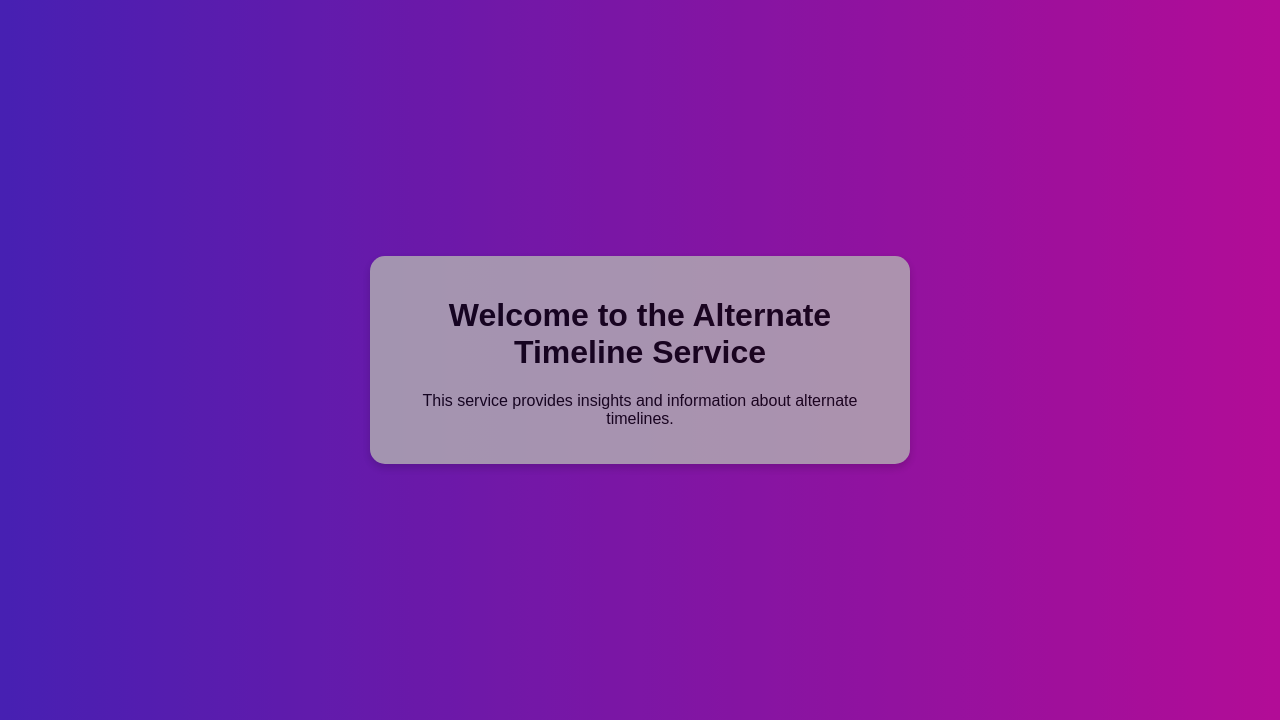
Repository: JovKun/DecisionCraft
Page: service/index.html
The author's editor kept a copy of each file at every save. The page is drawn from the files as they stood at one save, then again after the next save.
The browser window is 1280 px wide. The pictures show the whole page.

Above is the page before, as saved 2026-01-31 12:44:23.
Not found: service/script.js

### service/index.html
<!DOCTYPE html>
<html lang="en">
<head>
    <meta charset="UTF-8">
    <meta name="viewport" content="width=device-width, initial-scale=1.0">
    <title>Alternate Timeline</title>
    <link rel="stylesheet" href="style.css">
</head>
<body>
    <div id="timeline-container" class="container">
        <h1>Welcome to the Alternate Timeline Service</h1>
        <p>This service provides insights and information about alternate timelines.</p>
    </div>

    <script src="script.js"></script>
</body>
</html>

### service/style.css
/* style.css */
html {
    background: linear-gradient(to right, rgb(101, 45, 255), rgb(255, 17, 215));
    filter: brightness(0.7);
    height: 100%;
    margin: 0;
    font-family: Arial, sans-serif;
}

body {
    display: flex;
    justify-content: center;
    align-items: center;
    height: 100vh;
    margin: 0;
}

.container {
    background-color: white;
    border-radius: 15px;
    box-shadow: 0 4px 8px rgba(0, 0, 0, 0.2);
    padding: 20px;
    text-align: center;
    width: 500px;
    opacity: 0.8;
}

After the next save:
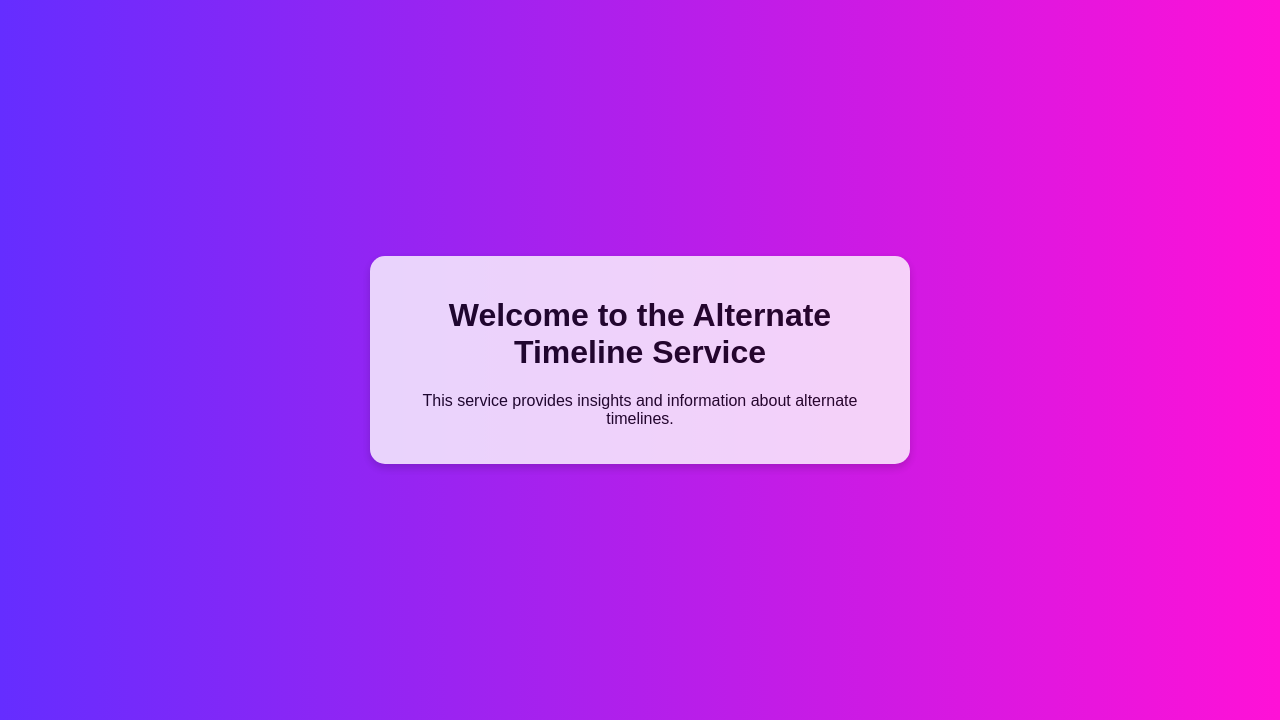
Saved 9 s later.
--- a/service/style.css
+++ b/service/style.css
@@ -1,7 +1,7 @@
 /* style.css */
 html {
     background: linear-gradient(to right, rgb(101, 45, 255), rgb(255, 17, 215));
-    filter: brightness(0.7);
+    filter: brightness(1);
     height: 100%;
     margin: 0;
     font-family: Arial, sans-serif;
